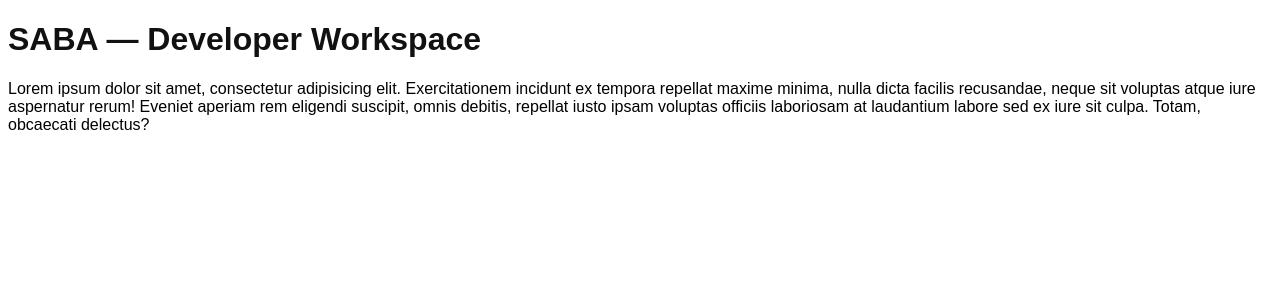
Repository: akashdev296-collab/saba
Page: index.html
An editor plug-in stored every save of this project. The page is shown before and after a run of saves, followed by the edit.
The browser window is 1280 px wide. The pictures show the whole page.

Above is the page before, as saved 2026-09-01 17:43:59.
Not found: js/app.js

After the next 5 saves:
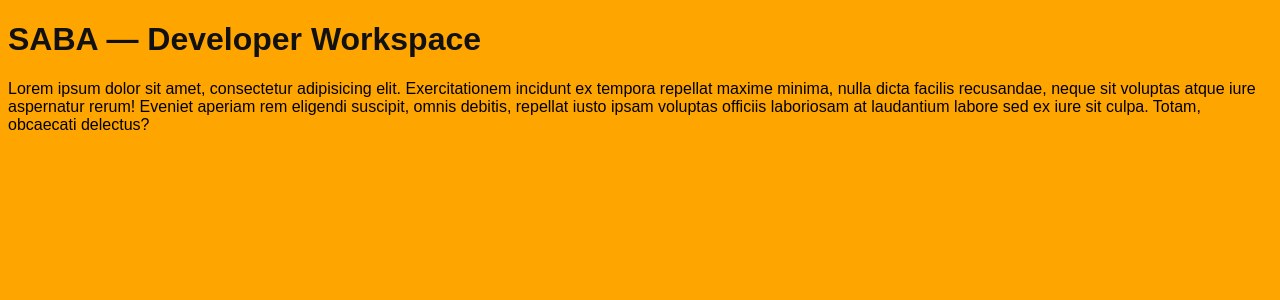
The 5 saves are shown as one change because they came seconds apart.
The last was saved 3 min 4 s later.
--- a/css/style.css
+++ b/css/style.css
@@ -1,5 +1,6 @@
 body {
     font-family: Arial, sans-serif;
+    background: orange;
 }
 
 h1 {
